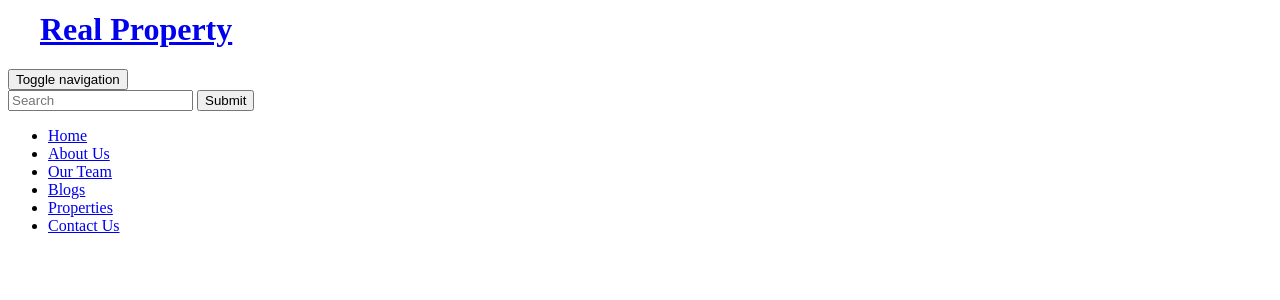
Repository: Apeksha14/AngularAppExample
Page: public/templates/header.html
These files come from the project's save history. The page is drawn as it stood at one moment and after the next save; the edit follows.
The browser window is 1280 px wide. The pictures show the whole page.

Above is the page before, as saved 2017-05-01 17:55:38.

After the next save:
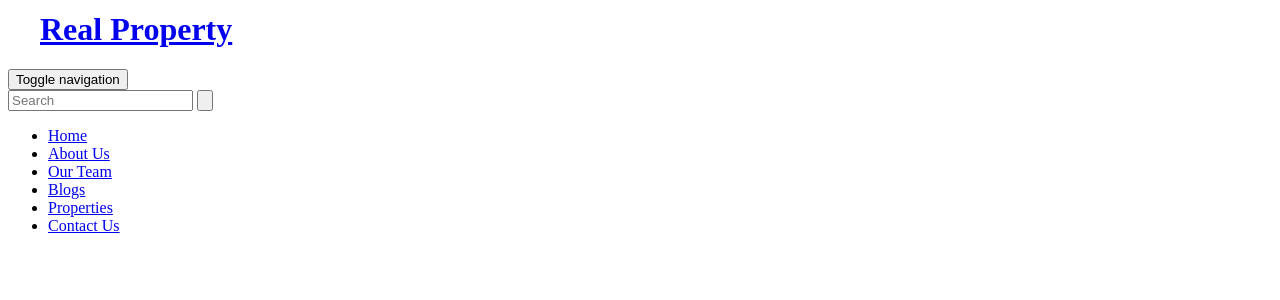
Saved 70 s later.
--- a/public/templates/header.html
+++ b/public/templates/header.html
@@ -22,7 +22,7 @@
 						<div class="header-right-search">
 							<form ng-submit="sub()">
 								<input type="text" ng-model="formData.desc"  placeholder="Search" required="" />
-								<input type="submit">
+								<input type="submit" value="" ng-click="sub()">
 							</form>
 						</div>
 
